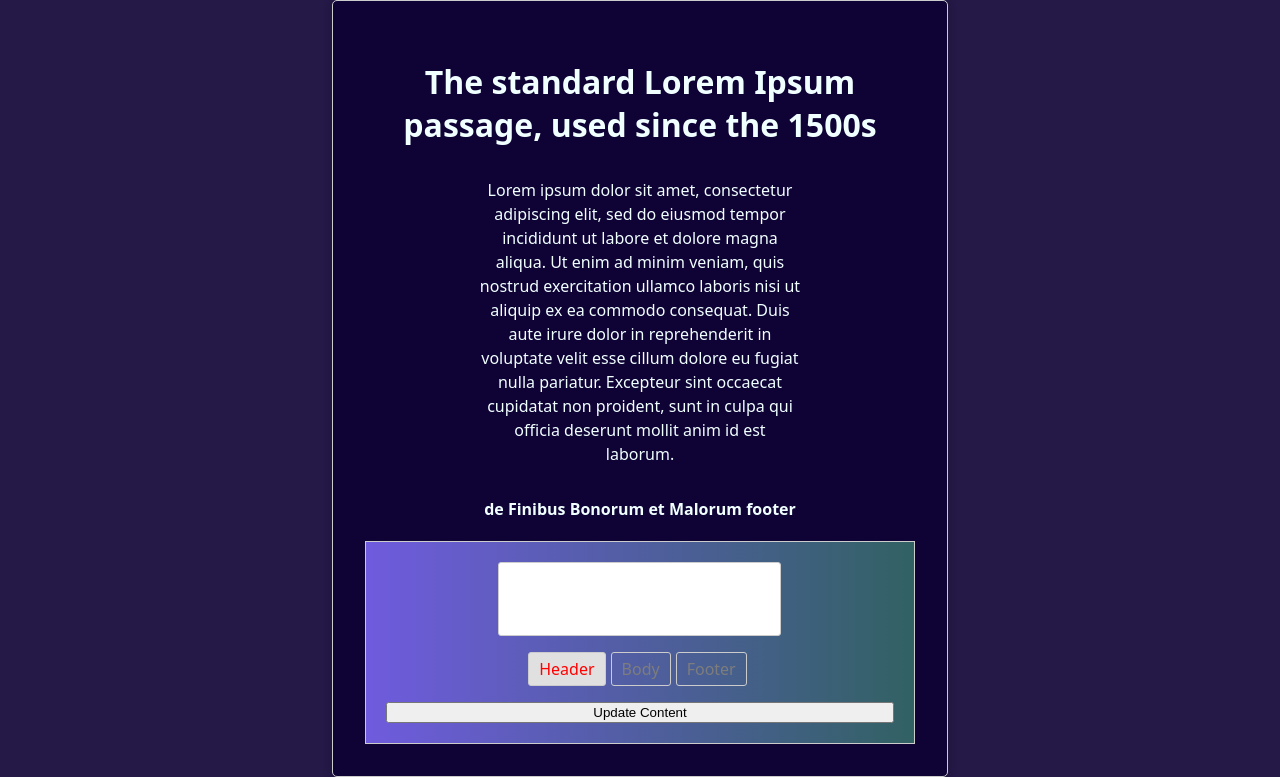
Repository: Freezler/AnnounceCraft
Page: index.html
These files come from the project's save history. The page is drawn as it stood at one moment and after the next save; the edit follows.
The browser window is 1280 px wide. The pictures show the whole page.

Above is the page before, as saved 2024-01-21 11:05:47.

After the next save:
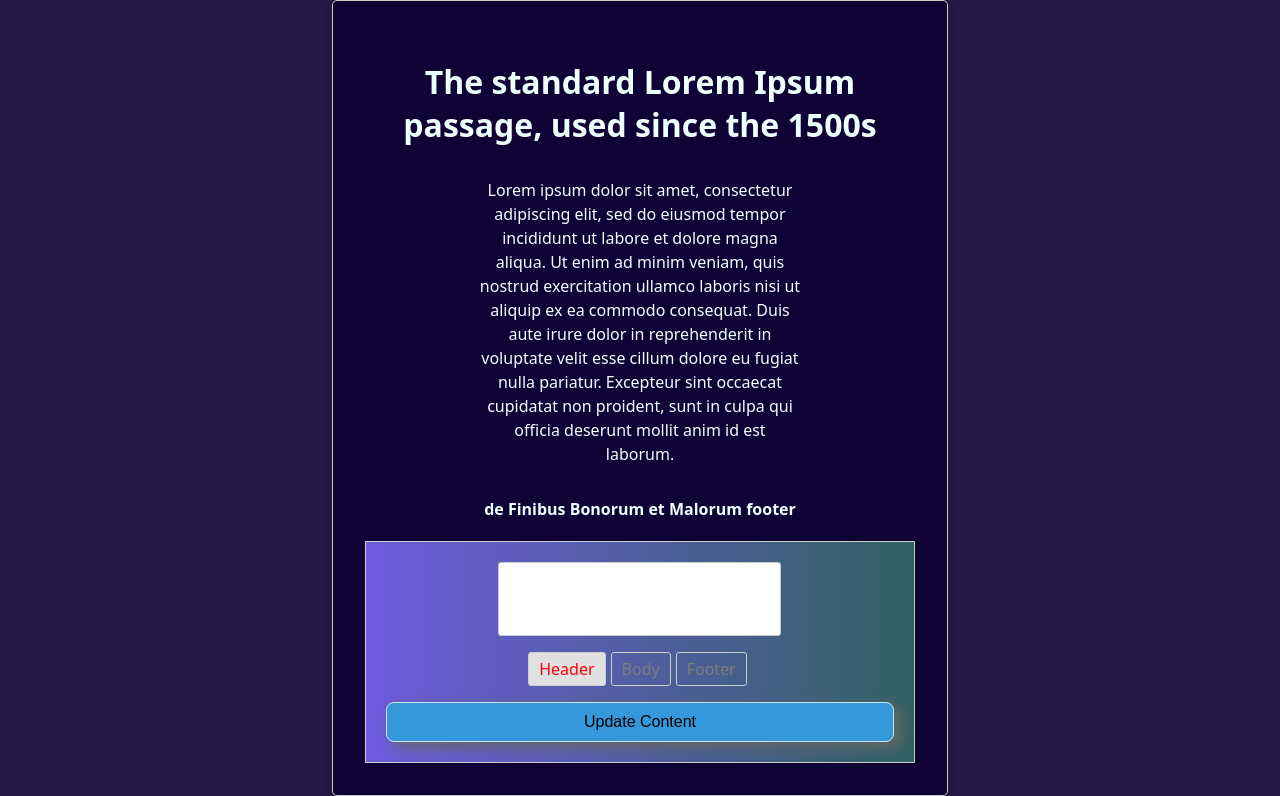
Saved 6 s later.
--- a/index.html
+++ b/index.html
@@ -21,7 +21,7 @@
                 <input class="btn" type="radio" id="footer" value="Footer" v-model="selectedType" @change="updateTempContent">
                 <label for="footer">Footer</label>
             </div>
-			<button @click="updateText">Update Content</button>
+			<button @click="updateText" class="btn">Update Content</button>
         </div>
     </section>
     <script src="https://unpkg.com/vue@3"></script>
